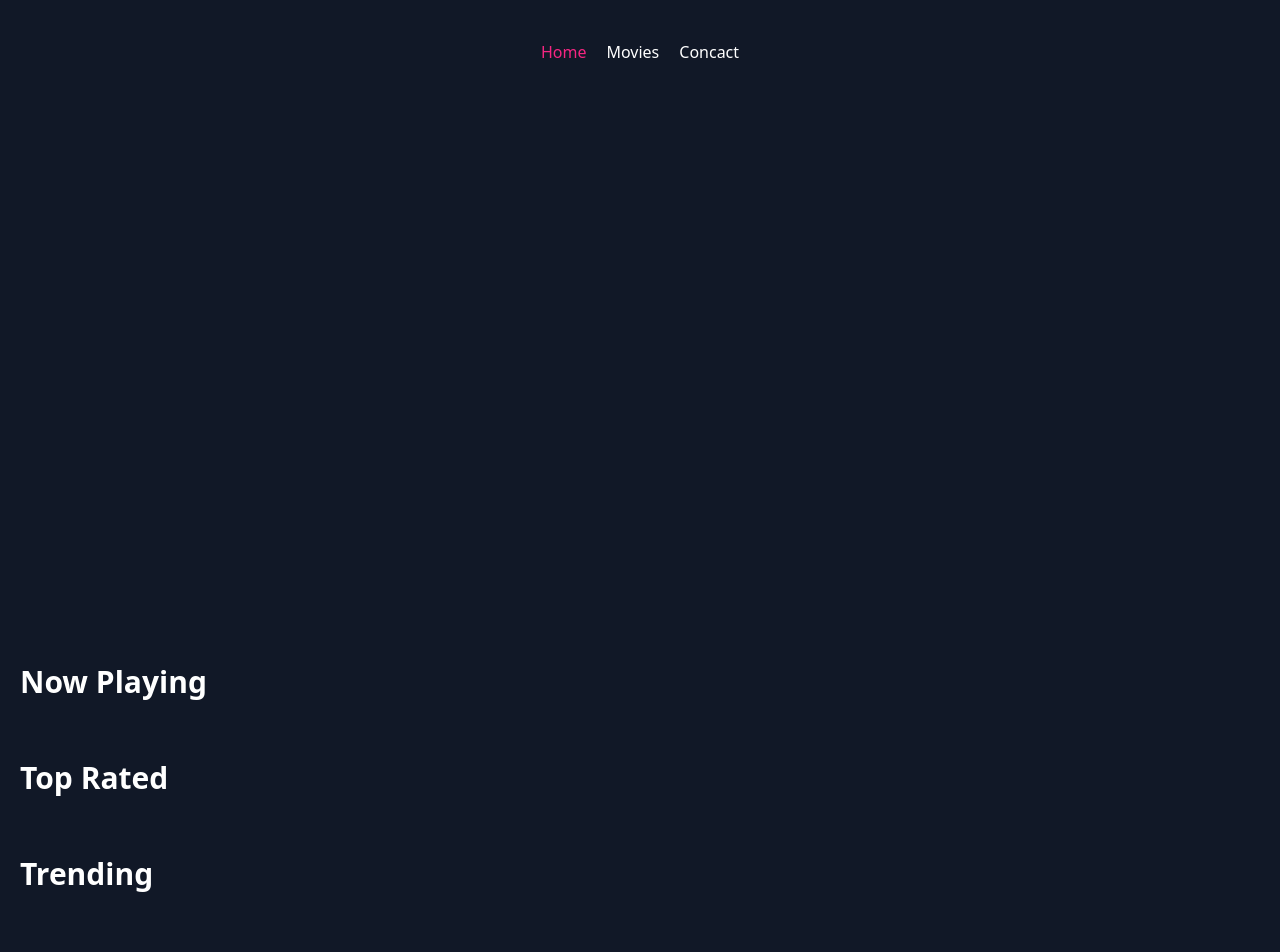
Repository: kieuduc123/ProjectMini-Movies
Page: /
The author's editor kept a copy of each file at every save. The page is drawn from the files as they stood at one save, then again after the next save.
The browser window is 1280 px wide. The pictures show the whole page.
The project was rebuilt for these pictures with package versions that can differ from the ones it lists, and the page was loaded fresh each time. Also part of the build but not shown: vite.config.js, src/components/movie/MoviCard.jsx, src/page/MoviesPage.jsx, src/page/Concact.jsx.

Above is the page before, as saved 2023-09-05 17:29:28.

### src/main.jsx
import React from 'react'
import ReactDOM from 'react-dom/client'
import App from './App.jsx'
import './index.scss'
import { BrowserRouter } from 'react-router-dom'

ReactDOM.createRoot(document.getElementById('root')).render(
  <React.StrictMode>
    <BrowserRouter>
    <App />
    </BrowserRouter>
  </React.StrictMode>,
)

### src/App.jsx
import { Fragment } from "react";
// import { NavLink } from "react-router-dom";
import "swiper/scss";
import MoviList from "./components/movie/MoviList";
import Banner from "./components/banner/Banner";
import { Route, Routes } from "react-router-dom";
import Main from "./layout/Main";
import Homepage from "./page/Homepage";
import MoviesPage from "./page/MoviesPage";
import Concact from "./page/Concact";


function App() {
  return (
   <Fragment>
    {/* <Banner></Banner> */}

   <Routes>
    <Route  element= {<Main></Main>}>
      {/* <Route path="/" element={<Banner></Banner>}></Route> */}
      <Route path="/" element={
        <>
        <Banner></Banner>
        <Homepage></Homepage>
        </>
        } > </Route>
        <Route path="/movies" element={<MoviesPage></MoviesPage>} >
        </Route>
        <Route path="/concact" element = {<Concact></Concact>}></Route>
    </Route>
   </Routes>
   </Fragment>
  )
}

export default App

### src/index.scss
@tailwind base;
@tailwind components;
@tailwind utilities;

@layer base {
    body {
        @apply bg-gray-900 px-5
    }
}
@layer components {
    .page-container {
        max-width: 1280px;
        margin-left: auto;
        margin-right: auto;
    }
    .movies-list .swiper-slide {
        width: 300px !important;
        height: auto;
    }
    .banner .swiper {
        height: 100%;
    }
}

### src/components/movie/MoviList.jsx
import React, { useEffect, useState } from 'react';
import MoviCard from './MoviCard';
import { SwiperSlide, Swiper } from 'swiper/react';
import useSWR from "swr";
import {fetcher} from "../../config";

const MoviList = ({type = "now_playing"}) => {
    const {data} = useSWR(`https://api.themoviedb.org/3/movie/${type}?api_key=82f981a5eeb9176fcf0342b76912bc77`, fetcher);
    // console.log("movies ~ data" , data);
    const movies = data ?.results || [];
//    const [movies, setMovies] = useState([]);
//    useEffect(() =>{
//    if (data && data.results)  setMovies(data.results);
//    },[data]);
//    console.log(movies);
    return (
        <div className="movies-list">
        <Swiper grabCursor={"true"} spaceBetween={40} slidePrevView={"auto"}>
            {movies.length > 0 && movies.map((item) =>(
               <SwiperSlide key={item.id}>
                  <MoviCard item={item}></MoviCard>
               </SwiperSlide>
                ))}
        </Swiper>
     </div>
    );
};

export default MoviList;

### src/components/banner/Banner.jsx
import React from 'react';
import useSWR from 'swr';
import { fetcher } from '../../config';
import { SwiperSlide, Swiper } from 'swiper/react';
const Banner = () => {
    const {data} = useSWR (
        `https://api.themoviedb.org/3/movie/upcoming?api_key=82f981a5eeb9176fcf0342b76912bc77`, fetcher
    )
    const movies = data ?.results || [];
    return (

 <section className="banner h-[500px] page-container mb-10 overflow-hidden ">
  <Swiper grabCursor="true" slidePrevClass={"auto"} >
    {movies.length > 0 && movies.map ((item) => (
    <SwiperSlide key={item.id}>
        <BannerItem item= {item}></BannerItem>
    </SwiperSlide>
     ))}
  </Swiper>
</section>

    );
};

function BannerItem ({item}){
    const {
        title,
        poster_path,
    }
    = item;
    return (
        <div className="w-full h-full rounded-lg relative">
  <div className="overlay absolute inset-0 bg-gradient-to-t from-[rgba(0,0,0,0.5)] to-[rgba(0,0,0,0.5)] rounded-md"></div>
  <img src={`https://image.tmdb.org/t/p/w500/${poster_path}`} alt="" className="w-full h-full object-cover rounded-lg object-center" />
  <div className="absolute left-5 bottom-5 w-full text-white">
    <h2 className="font-bold text-3xl mb-5">Avengers: Endgame</h2>
    <div className="flex items-center gap-x-3">
      <span className="py-2 px-2 border border-white rounded-md">Adventure</span>
      <span className="py-2 px-2 border border-white rounded-md">Adventure</span>
      <span className="py-2 px-2 border border-white rounded-md">Adventure</span>
    </div>
    <button className="py-3 px-6 rounded-lg file:"></button>
  </div>
</div>
    )

}
export default Banner;

### src/layout/Main.jsx
import React, { Fragment } from 'react';
import Header from './Header';
import { Outlet } from 'react-router-dom';
const Main = () => {
    return (
    <Fragment>
       <Header></Header>
       <Outlet></Outlet>
    </Fragment>


    );
};

export default Main;

### src/page/Homepage.jsx
import React, { Fragment } from 'react';
import MoviList from '../components/movie/MoviList';
// import Banner from '../components/banner/Banner';

const Homepage = () => {
    return (
        <Fragment>
           <section className="movies-layout page-container pb-10">
               <h2 className="capitalize text-white mb-5 text-3xl font-bold">Now Playing</h2>
               <MoviList></MoviList>
           </section>
           <section className="movies-layout page-container pb-10">
             <h2 className="capitalize text-white mb-5 text-3xl font-bold">Top Rated </h2>
             <MoviList type = "top_rated"> </MoviList>
           </section>
          < section className="movies-layout page-container pb-10">
           <h2 className="capitalize text-white mb-5 text-3xl font-bold">Trending</h2>
           <MoviList type = "popular"> </MoviList>
           </section>
        </Fragment>
    );
};

export default Homepage;

### src/layout/Header.jsx
import React from 'react';
import { NavLink } from 'react-router-dom';

const Header = () => {
    return (
    <header className="header flex items-center justify-center gap-x-5        text-white py-10 mb-5">
         <NavLink to= "/"
         className={({isActive}) => (isActive ? "text-primary" : "")}
         >Home</NavLink>
         <NavLink to= "/movies" className={({isActive}) => (isActive ?        "text-primary" :"")}>Movies</NavLink>
         <NavLink to= "/concact " className={({isActive}) => (isActive ?   "text-primary" :"")}>Concact</NavLink>
   </header>
    );
};

export default Header;

### tailwind.config.js
/** @type {import('tailwindcss').Config} */
export default {
  content: [
    "./index.html",
    "./src/**/*.{js,ts,jsx,tsx}",
  ],
  theme: {
    extend: {
      colors: {
        primary : "#F62682",
      }
    },
  },
  plugins: [],
}

Loaded but not shown: index.html (common file); src/config.jsx (no stored copy; drawn as an empty file)

After the next save:
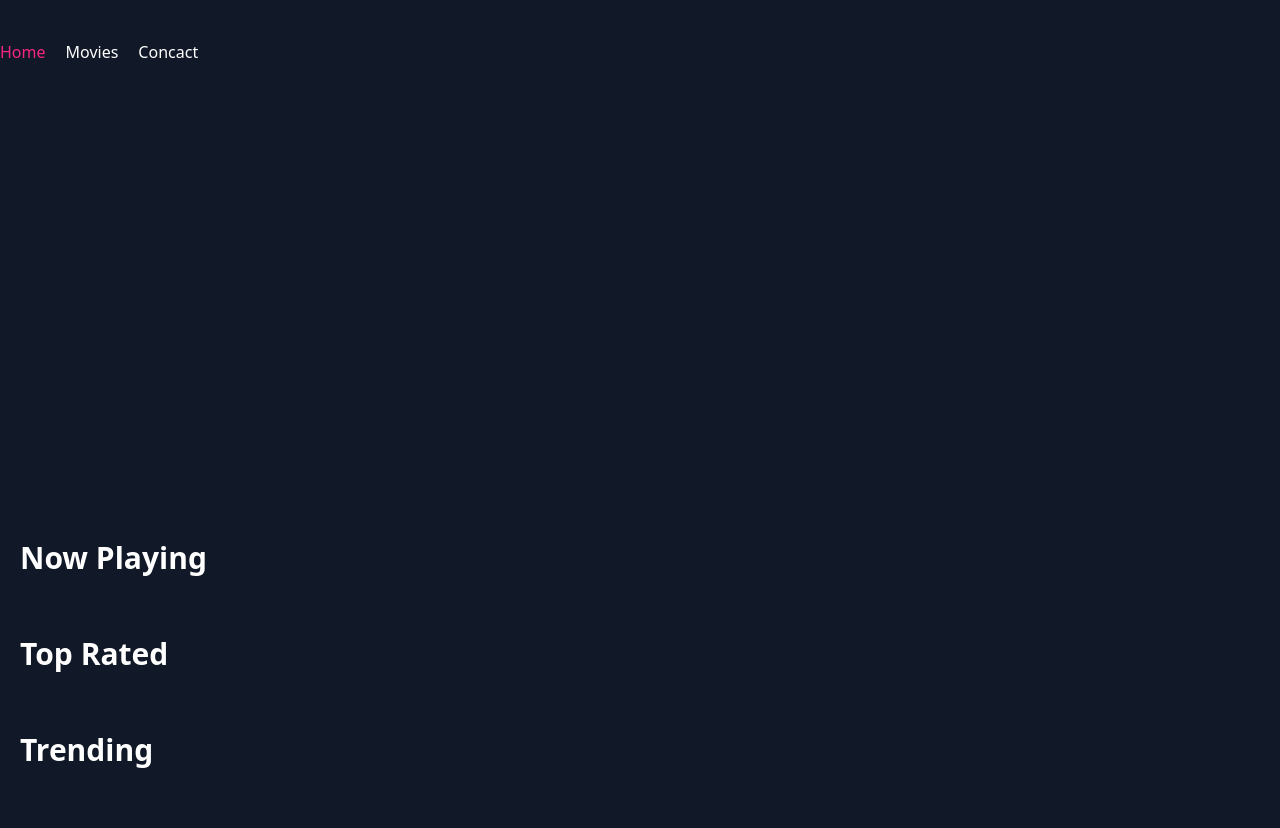
Saved 83 s later.
--- a/src/layout/Header.jsx
+++ b/src/layout/Header.jsx
@@ -3,7 +3,7 @@ import { NavLink } from 'react-router-dom';
 
 const Header = () => {
     return (
-    <header className="header flex items-center justify-center gap-x-5        text-white py-10 mb-5">
+    <header className="header flex items-center justify-center gap-x-5  top-0 left-0 fixed text-white py-10 mb-5">
          <NavLink to= "/"
          className={({isActive}) => (isActive ? "text-primary" : "")}
          >Home</NavLink>
